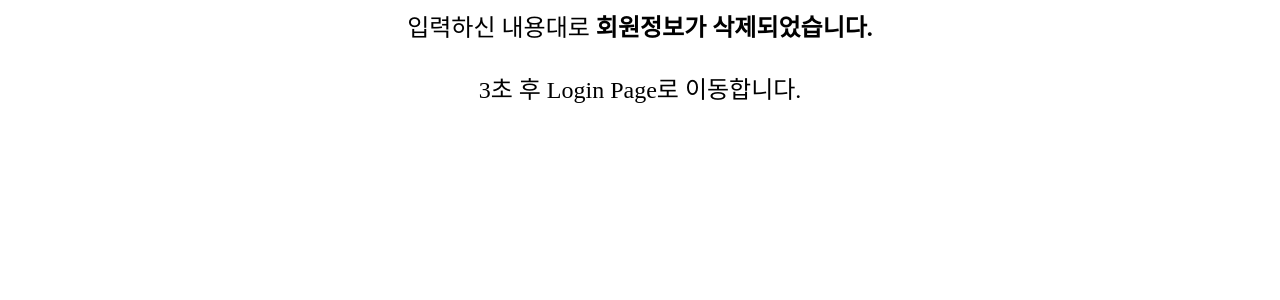
Repository: noopzzya/study_jsp_globalin
Page: http://localhost/ServletProject/memberone/deleteProc.jsp
The author's editor kept a copy of each file at every save. The page is drawn from the files as they stood at one save, then again after the next save.
The browser window is 1280 px wide. The pictures show the whole page.
The page is served by Tomcat 9. Other server files are loaded and not shown.

Above is the page before, as saved 2023-02-07 05:38:46.

### ServletProject/src/main/webapp/memberone/deleteProc.jsp
<%@ page language="java" contentType="text/html; charset=UTF-8"
    pageEncoding="UTF-8"%>

<%@ page import="com.memberone.*" %>
<jsp:useBean id="dao" class="com.memberone.StudentDAO" />

<!DOCTYPE html>
<html>
<head>
<meta charset="UTF-8" http-equiv="Refresh" content="3;url=login.jsp">
<title>회원탈퇴</title>
</head>

<%

%>

<body>

<div align="center">
<font size="5" face="궁서체">
입력하신 내용대로 <b>회원정보가 삭제되었습니다.</b><br><br>
3초 후 Login Page로 이동합니다.
</font>
</div>

</body>
</html>

### ServletProject/src/main/java/com/memberone/StudentDAO.java
package com.memberone;

import java.sql.*;
import java.util.Vector;
import javax.sql.*;
import javax.naming.*;

public class StudentDAO {

	private Connection getConnection() {

		Connection conn = null;

		try {
			Context initContext = new InitialContext();
			Context envContext  = (Context)initContext.lookup("java:/comp/env");
			DataSource ds = (DataSource)envContext.lookup("jdbc/myoracle");
			conn = ds.getConnection();

		} catch (Exception e) {
			System.out.println("Connection 생성 실패!");
		}

		return conn;
	}

	// idCheck
	public boolean idCheck(String id) {
		boolean result = true;

		Connection conn = null;
		PreparedStatement pstmt = null;
		ResultSet rs = null;

		try {

			conn = getConnection();

			String sql = "select * from student where id=?";
			pstmt = conn.prepareStatement(sql);
			pstmt.setString(1, id);
			rs = pstmt.executeQuery();
			if(!rs.next()) result = false;

		} catch(SQLException ss) {
			ss.printStackTrace();
		} finally {
			if(rs != null)
				try{
					rs.close();
				}catch(SQLException ex){}

			if(pstmt != null)
				try{
					pstmt.close();
				}catch(SQLException ex){}

			if(conn != null)
				try{
					conn.close();
				}catch(SQLException ex){}
		}

		return result;
	} // end idCheck

	// zipcodeRead (동으로 검색)
	public Vector<ZipCodeVO> zipcodeRead(String dong){

		Connection conn = null;
		PreparedStatement pstmt = null;
		ResultSet rs = null;

		Vector<ZipCodeVO> vecList = new Vector<ZipCodeVO>();

		try {

			conn = getConnection();

			String sql = "select * from zipcode where dong like '" +dong+ "%'" ;
			pstmt = conn.prepareStatement(sql);
			rs = pstmt.executeQuery();

			while(rs.next()) {
				ZipCodeVO tempZipcode = new ZipCodeVO();
				tempZipcode.setZipcode(rs.getString("zipcode"));
				tempZipcode.setSido(rs.getString("sido"));
				tempZipcode.setGugun(rs.getString("gugun"));
				tempZipcode.setDong(rs.getString("dong"));
				tempZipcode.setRi(rs.getString("ri"));
				tempZipcode.setBunji(rs.getString("bunji"));
				vecList.addElement(tempZipcode);
			}

		} catch(SQLException ss) {
			ss.printStackTrace();
		} finally {
			if(rs != null)
				try{
					rs.close();
				}catch(SQLException ex){}

			if(pstmt != null)
				try{
					pstmt.close();
				}catch(SQLException ex){}

			if(conn != null)
				try{
					conn.close();
				}catch(SQLException ex){}
		}

		return vecList;
	} // end zipcodeRead

	//실제 데이터베이스 회원 데이터를 저장하기 위하여 메소드를 추가한다.
	public boolean memberInsert(StudentVO vo) {

		Connection conn = null;
		PreparedStatement pstmt = null;
		ResultSet rs = null;

		boolean flag = false;

		try {

			conn = getConnection();

			String sql = "insert into student values(?,?,?,?,?,?,?,?,?,?)";
			pstmt = conn.prepareStatement(sql);
			pstmt.setString(1, vo.getId());
			pstmt.setString(2, vo.getPass());
			pstmt.setString(3, vo.getName());
			pstmt.setString(4, vo.getPhone1());
			pstmt.setString(5, vo.getPhone2());
			pstmt.setString(6, vo.getPhone3());
			pstmt.setString(7, vo.getEmail());
			pstmt.setString(8, vo.getZipcode());
			pstmt.setString(9, vo.getAddress1());
			pstmt.setString(10, vo.getAddress2());

			int count = pstmt.executeUpdate();
			if(count > 0) flag = true;

		} catch(SQLException ss) {
			ss.printStackTrace();
		} finally {
			if(rs != null)
				try{
					rs.close();
				}catch(SQLException ex){}

			if(pstmt != null)
				try{
					pstmt.close();
				}catch(SQLException ex){}

			if(conn != null)
				try{
					conn.close();
				}catch(SQLException ex){}
		}

		return flag;
	} // end 메소드


	/*
	 * 데이터베이스에서 아이디와 비밀번호를 비교화여 그 결과를 정수형으로 리턴해주는 메소드
	 * 1:로그인 성공, 0:비밀번호 오류, -1:아이디없음
	 */
	public int loginCheck(String id, String pass) {

		Connection conn = null;
		PreparedStatement pstmt = null;
		ResultSet rs = null;

		int check = -1;

		try {

			conn = getConnection(); // db연결

			// id로 pass 조회
			String sql = "select pass from student where id=?"; // ? : 바인딩변수

			pstmt = conn.prepareStatement(sql);
			pstmt.setString(1, id);
			rs = pstmt.executeQuery();

			if(rs.next()) { // dbPass와 입력한 비밀번호 일치확인
				String dbPass = rs.getString("pass"); // pass : 컬럼명
				if(pass.equals(dbPass)) check = 1; // 비밀번호 일치
				else check = 0; // 비밀번호 오류
			}


		} catch(Exception ss) {
			ss.printStackTrace();
		} finally {
			if(rs != null)
				try{
					rs.close();
				}catch(SQLException ex){}

			if(pstmt != null)
				try{
					pstmt.close();
				}catch(SQLException ex){}

			if(conn != null)
				try{
					conn.close();
				}catch(SQLException ex){}
		}

		return check;
	} // end loginCheck


	/* 정보수정 버튼을 클릭하면 현재 로그인한 회원을 정보를 수정 할 수 있도록 화면에 보여주어야 한다.
	 *
	 * 세션에 저장된 아이디를 가지고 회원정보를 얻어오는 메소드를 이용하여 가져옴
	 */
	public StudentVO getMember(String id) {

		Connection conn = null;
		PreparedStatement pstmt = null;
		ResultSet rs = null;

		StudentVO vo = null;

		try {

			conn = getConnection();

			String sql = "select * from student where id=?";
			pstmt = conn.prepareStatement(sql);
			pstmt.setString(1, id);
			rs = pstmt.executeQuery();
			if(rs.next()) { // 해당 아이디에 대한 회원이 존재한다면
				vo = new StudentVO();
				vo.setId(rs.getString("id"));
				vo.setPass(rs.getString("pass"));
				vo.setName(rs.getString("name"));
				vo.setPhone1(rs.getString("phone1"));
				vo.setPhone2(rs.getString("phone2"));
				vo.setEmail(rs.getString("email"));
				vo.setZipcode(rs.getString("zipcode"));
				vo.setAddress1(rs.getString("address1"));
				vo.setAddress2(rs.getString("address2"));
			}

		} catch(Exception ss) {
			ss.printStackTrace();
		} finally {
			if(rs != null)
				try{
					rs.close();
				}catch(SQLException ex){}

			if(pstmt != null)
				try{
					pstmt.close();
				}catch(SQLException ex){}

			if(conn != null)
				try{
					conn.close();
				}catch(SQLException ex){}
		}

		return vo;
	} // end getMember


	/*
	 * 정보수정 버튼을 클릭했을 경우 데이터베이스에서 수정처리를 해야한다
	 * 정보수정 처리를 해 줄 메소드를 구현
	 */
	public void updateMember(StudentVO vo) {

		Connection conn = null;
		PreparedStatement pstmt = null;

		try {

			conn = getConnection();

			String sql = "update student set pass=?, phone1=?, phone2=?, phone3=?, email=?, zipcode=?, address1=?, address2=? where id=?";

			pstmt = conn.prepareStatement(sql); // 쿼리 실행

			pstmt.setString(1, vo.getPass());
			pstmt.setString(2, vo.getPhone1());
			pstmt.setString(3, vo.getPhone2());
			pstmt.setString(4, vo.getPhone3());
			pstmt.setString(5, vo.getEmail());
			pstmt.setString(6, vo.getZipcode());
			pstmt.setString(7, vo.getAddress1());
			pstmt.setString(8, vo.getAddress2());
			pstmt.setString(9, vo.getId());

			pstmt.executeUpdate();

		} catch(Exception ss) {
			ss.printStackTrace();
		} finally {
			if(pstmt != null)
				try{
					pstmt.close();
				}catch(SQLException ex){}

			if(conn != null)
				try{
					conn.close();
				}catch(SQLException ex){}
		}
	} // end updateMember


	/*
	 * 회원탈퇴 버튼을 클릭했을 경우 실제 데이터베이스에서 회원데이터가 삭제되야함
	 * 데이터베이스에서 회원을 삭제처리 할 메소드를 구현
	 */
	public int delectMember(String id, String pass) {

		Connection conn = null;
		PreparedStatement pstmt = null;
		ResultSet rs = null;

		String dbPass = ""; // 데이터베이스에서 저장되어 있는 비밀번호
		int result = -1; // 아이디 없을 경우

		try {

			conn = getConnection();

			String sql = "select pass from student where id=?";
			pstmt = conn.prepareStatement(sql);
			pstmt.setString(1, id); // 바인딩변수 처리
			rs = pstmt.executeQuery();

			if(rs.next()) {
				dbPass = rs.getString("pass");
				if(dbPass.equals(pass)) { // 본인맞음
					sql = "delete from student where id=?";
					pstmt = conn.prepareStatement(sql);
					pstmt.setString(1, id);
					pstmt.executeUpdate();
					result = 1; // 회원탈퇴 성공
				}else { // 본인확인 실패
					result = 0; // 비밀번호 오류
				}
			}

		} catch(Exception ss) {
			ss.printStackTrace();
		} finally {
			if(rs != null)
				try{
					rs.close();
				}catch(SQLException ex){}

			if(pstmt != null)
				try{
					pstmt.close();
				}catch(SQLException ex){}

			if(conn != null)
				try{
					conn.close();
				}catch(SQLException ex){}
		}

		return result;
	} // end delectMember

}

After the next save:
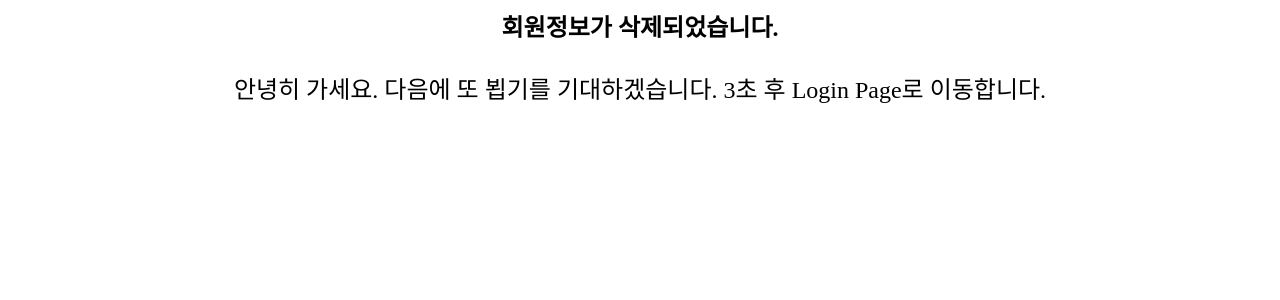
Saved 47 s later.
--- a/ServletProject/src/main/webapp/memberone/deleteProc.jsp
+++ b/ServletProject/src/main/webapp/memberone/deleteProc.jsp
@@ -19,7 +19,9 @@
 
 <div align="center">
 <font size="5" face="궁서체">
-입력하신 내용대로 <b>회원정보가 삭제되었습니다.</b><br><br>
+<b>회원정보가 삭제되었습니다.</b><br><br>
+안녕히 가세요.
+다음에 또 뵙기를 기대하겠습니다.
 3초 후 Login Page로 이동합니다.
 </font>
 </div>
